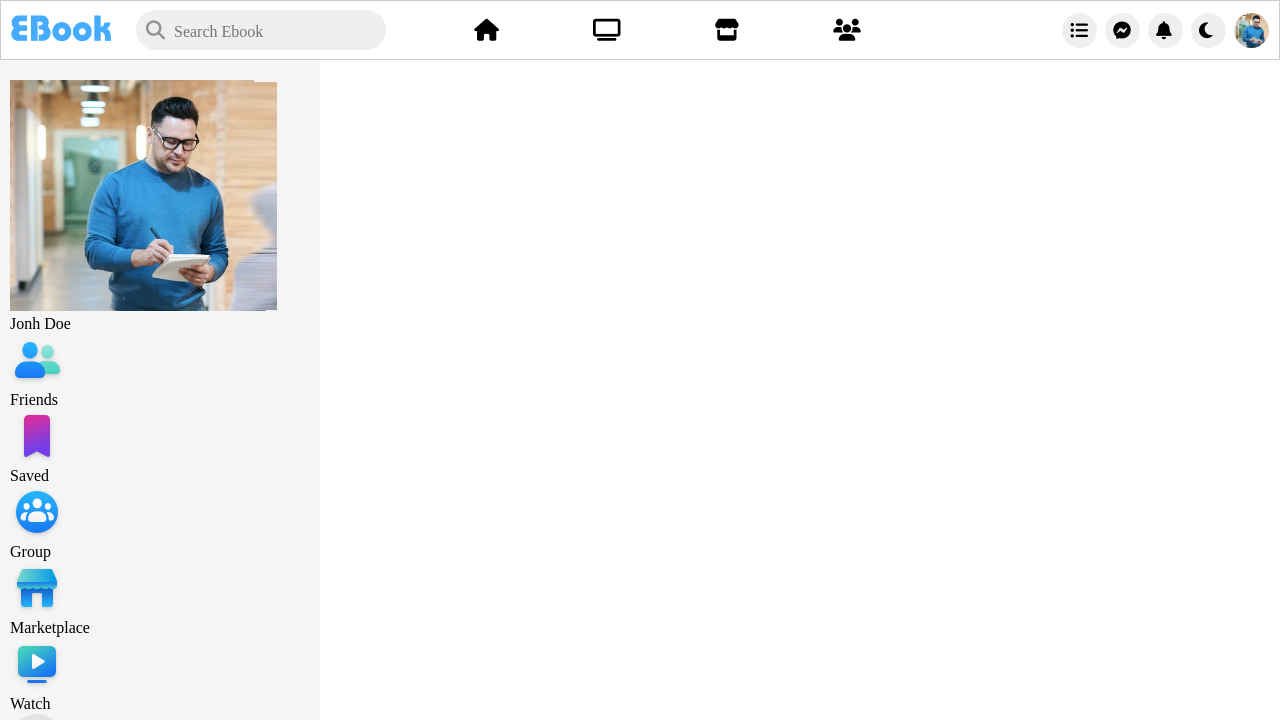
Repository: datvu1608/cloneebook
Page: index.html
An editor plug-in stored every save of this project. The page is shown before and after the next save, followed by the edit.
The browser window is 1280 px wide. The pictures show the whole page.
Some web libraries are served in a nearby version.

Above is the page before, as saved 2023-02-23 14:59:07.

After the next save:
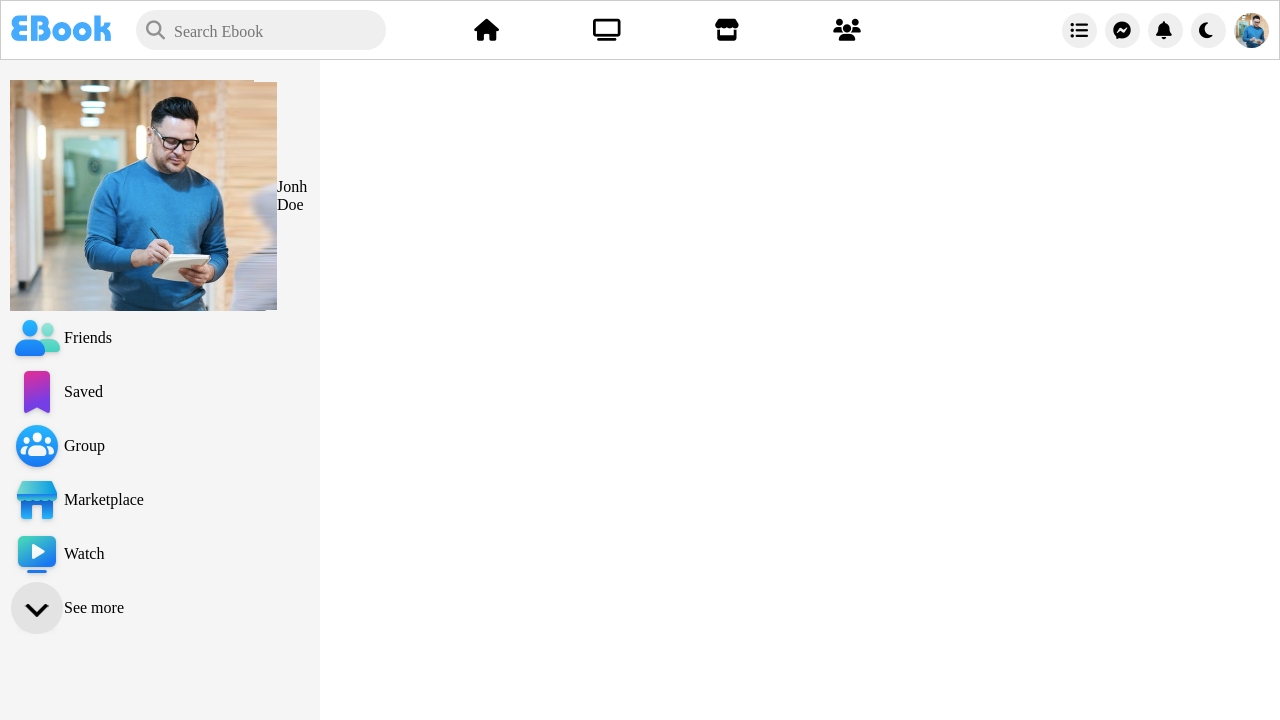
Saved 12 s later.
--- a/style.css
+++ b/style.css
@@ -118,5 +118,7 @@ nav .right img {
   background-color: #ccc;
 }
 .main .left .img {
-          d
+  display: flex;
+  align-items: center;
+  cursor: pointer;
 }
